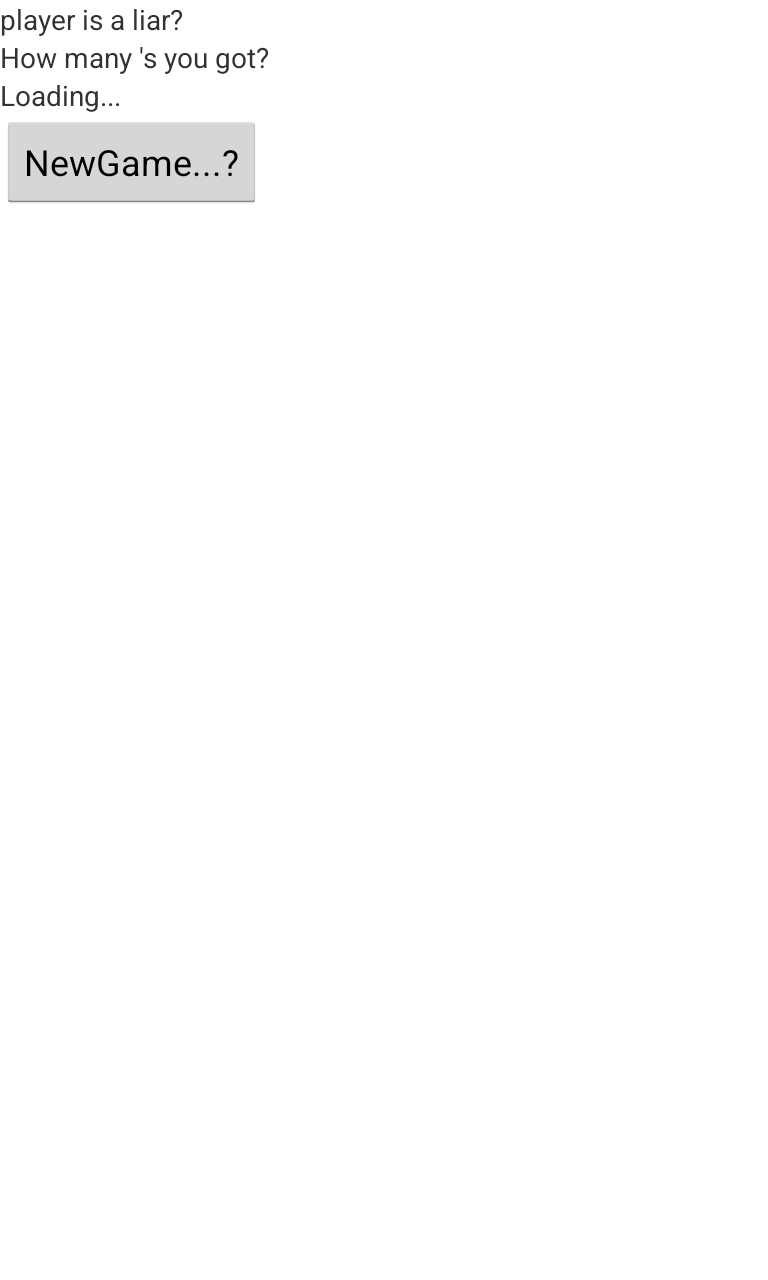
Repository: RayyLim/LiarPoker
Layout: LiarPoker/res/layout/result_main.xml
The author's editor kept a copy of each file at every save. The layout is drawn from the files as they stood at one save, then again after the next save.
It is drawn on a 768 x 1280 px phone screen (xhdpi) without system bars, with theme AppTheme; the app's code is not run.

Above is the layout before, as saved 2012-07-22 17:27:02.

After the next save:
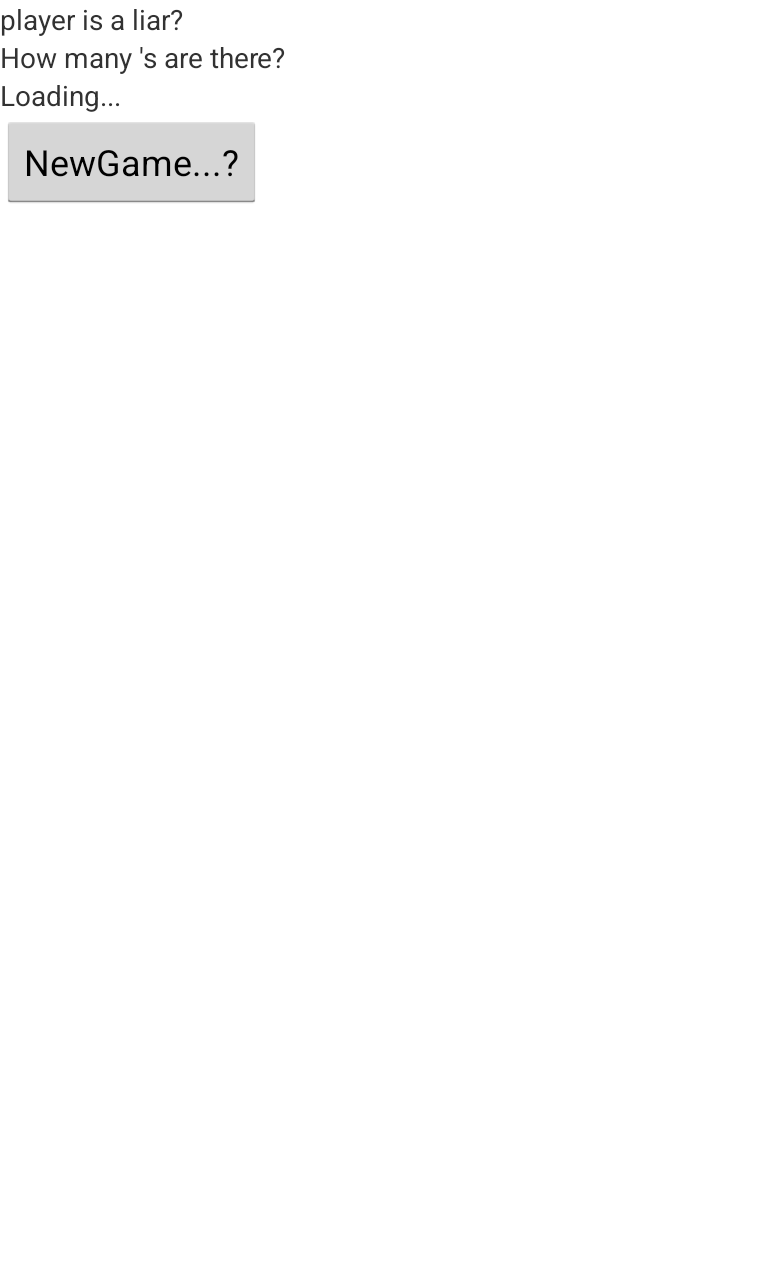
Saved 5 min 33 s later.
--- a/LiarPoker/res/layout/result_main.xml
+++ b/LiarPoker/res/layout/result_main.xml
@@ -42,7 +42,7 @@
         <TextView
         android:layout_width="wrap_content"
         android:layout_height="wrap_content"
-        android:text="'s you got?" />
+        android:text="'s are there?" />
     </LinearLayout>
 
 
